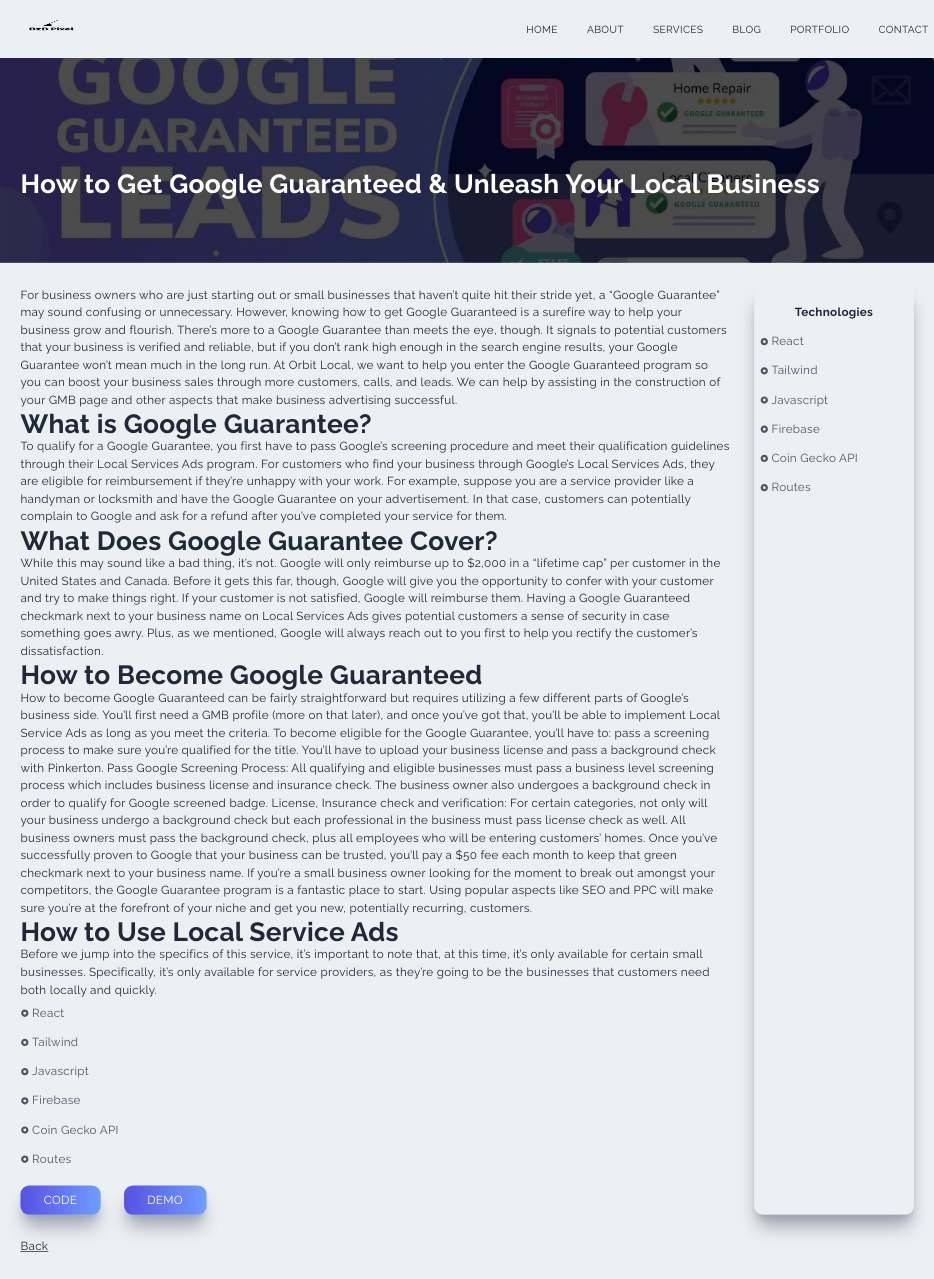
Repository: DID0101/nextjs.b2b
Page: /crypto
The author's editor kept a copy of each file at every save. The page is drawn from the files as they stood at one save, then again after the next save.
The browser window is 1280 px wide. The pictures show the whole page, at 73% of full size.
The project was rebuilt for these pictures with package versions that can differ from the ones it lists, and the page was loaded fresh each time. The framework's server and built-in components were replaced by stand-ins that run in the browser. Also part of the build but not shown: next.config.js.

Above is the page before, as saved 2024-01-22 02:58:56.

### pages/crypto.jsx
import Image from 'next/image';
import React from 'react';
import cryptoImg from '../public/assets/projects/crypto.jpg';
import { RiRadioButtonFill } from 'react-icons/ri';
import Link from 'next/link';

const crypto = () => {
  return (
    <div className='w-full'>
      <div className='w-screen h-[50vh] relative'>
        <div className='absolute top-0 left-0 w-full h-[50vh] bg-black/70 z-10' />
        <Image
          className='absolute z-1'
          layout='fill'
          objectFit='cover'
          src={cryptoImg}
          alt='/'
        />
        <div className='absolute top-[70%] max-w-[1240px] w-full left-[50%] right-[50%] translate-x-[-50%] translate-y-[-50%] text-white z-10 p-2'>
          <h2 className='py-2'>How to Get Google Guaranteed & Unleash Your Local Business</h2>
          {/* <h3>React JS / Tailwind / Firebase</h3> */}
        </div>
      </div>

      <div className='max-w-[1240px] mx-auto p-2 grid md:grid-cols-5 gap-8 py-8'>
        <div className='col-span-4'>
          {/* <p>Project</p> */}
          {/* <h2>Overview</h2> */}
          <p>
          For business owners who are just starting out or small businesses that haven’t quite hit their stride yet, a “Google Guarantee” may sound confusing or unnecessary. However, knowing how to get Google Guaranteed is a surefire way to help your business grow and flourish.

There’s more to a Google Guarantee than meets the eye, though. It signals to potential customers that your business is verified and reliable, but if you don’t rank high enough in the search engine results, your Google Guarantee won’t mean much in the long run.

At Orbit Local, we want to help you enter the Google Guaranteed program so you can boost your business sales through more customers, calls, and leads. We can help by assisting in the construction of your GMB page and other aspects that make business advertising successful.
          </p>
          <p></p>
          <h2>What is Google Guarantee?</h2>
          <p>To qualify for a Google Guarantee, you first have to pass Google’s screening procedure and meet their qualification guidelines through their Local Services Ads program. For customers who find your business through Google’s Local Services Ads, they are eligible for reimbursement if they’re unhappy with your work.

For example, suppose you are a service provider like a handyman or locksmith and have the Google Guarantee on your advertisement. In that case, customers can potentially complain to Google and ask for a refund after you’ve completed your service for them.</p>

              <h2>What Does Google Guarantee Cover?</h2>
              <p>While this may sound like a bad thing, it’s not. Google will only reimburse up to $2,000 in a “lifetime cap” per customer in the United States and Canada. Before it gets this far, though, Google will give you the opportunity to confer with your customer and try to make things right.

If your customer is not satisfied, Google will reimburse them.

Having a Google Guaranteed checkmark next to your business name on Local Services Ads gives potential customers a sense of security in case something goes awry. Plus, as we mentioned, Google will always reach out to you first to help you rectify the customer’s dissatisfaction.</p>
<h2>How to Become Google Guaranteed</h2>
<p>How to become Google Guaranteed can be fairly straightforward but requires utilizing a few different parts of Google’s business side. You’ll first need a GMB profile (more on that later), and once you’ve got that, you’ll be able to implement Local Service Ads as long as you meet the criteria.

To become eligible for the Google Guarantee, you’ll have to: pass a screening process to make sure you’re qualified for the title. You’ll have to upload your business license and pass a background check with Pinkerton.

Pass Google Screening Process: All qualifying and eligible businesses must pass a business level screening process which includes business license and insurance check. The business owner also undergoes a background check in order to qualify for Google screened badge.
License, Insurance check and verification: For certain categories, not only will your business undergo a background check but each professional in the business must pass license check as well.
All business owners must pass the background check, plus all employees who will be entering customers’ homes. Once you’ve successfully proven to Google that your business can be trusted, you’ll pay a $50 fee each month to keep that green checkmark next to your business name.

If you’re a small business owner looking for the moment to break out amongst your competitors, the Google Guarantee program is a fantastic place to start. Using popular aspects like SEO and PPC will make sure you’re at the forefront of your niche and get you new, potentially recurring, customers.</p>
<h2>How to Use Local Service Ads</h2>
<p>Before we jump into the specifics of this service, it’s important to note that, at this time, it’s only available for certain small businesses. Specifically, it’s only available for service providers, as they’re going to be the businesses that customers need both locally and quickly.</p>
<p className='text-gray-600 py-2 flex items-center'>
                <RiRadioButtonFill className='pr-1' /> React
              </p>
              <p className='text-gray-600 py-2 flex items-center'>
                <RiRadioButtonFill className='pr-1' /> Tailwind
              </p>
              <p className='text-gray-600 py-2 flex items-center'>
                <RiRadioButtonFill className='pr-1' /> Javascript
              </p>
              <p className='text-gray-600 py-2 flex items-center'>
                <RiRadioButtonFill className='pr-1' /> Firebase
              </p>
              <p className='text-gray-600 py-2 flex items-center'>
                <RiRadioButtonFill className='pr-1' /> Coin Gecko API
              </p>
              <p className='text-gray-600 py-2 flex items-center'>
                <RiRadioButtonFill className='pr-1' /> Routes
              </p>
          <a
            href='https://github.com/fireclint/crypto-react-firebase'
            target='_blank'
            rel='noreferrer'
          >
            <button className='px-8 py-2 mt-4 mr-8'>Code</button>
          </a>
          <a
            href='https://cryptobase-yt.web.app/'
            target='_blank'
            rel='noreferrer'
          >
            <button className='px-8 py-2 mt-4'>Demo</button>
          </a>

        </div>
        <div className='col-span-4 md:col-span-1 shadow-xl shadow-gray-400 rounded-xl py-4'>
          <div className='p-2'>
            <p className='text-center font-bold pb-2'>Technologies</p>
            <div className='grid grid-cols-3 md:grid-cols-1 '>
              <p className='text-gray-600 py-2 flex items-center'>
                <RiRadioButtonFill className='pr-1' /> React
              </p>
              <p className='text-gray-600 py-2 flex items-center'>
                <RiRadioButtonFill className='pr-1' /> Tailwind
              </p>
              <p className='text-gray-600 py-2 flex items-center'>
                <RiRadioButtonFill className='pr-1' /> Javascript
              </p>
              <p className='text-gray-600 py-2 flex items-center'>
                <RiRadioButtonFill className='pr-1' /> Firebase
              </p>
              <p className='text-gray-600 py-2 flex items-center'>
                <RiRadioButtonFill className='pr-1' /> Coin Gecko API
              </p>
              <p className='text-gray-600 py-2 flex items-center'>
                <RiRadioButtonFill className='pr-1' /> Routes
              </p>
            </div>
          </div>
        </div>
        <Link href='/#projects'>
          <p className='underline cursor-pointer'>Back</p>
        </Link>
      </div>
    </div>
  );
};

export default crypto;

### components/Navbar.jsx
import Image from 'next/image';
import Link from 'next/link';
import React, { useState, useEffect } from 'react';
import { AiOutlineClose, AiOutlineMail, AiOutlineMenu } from 'react-icons/ai';
import { FaGithub, FaLinkedinIn } from 'react-icons/fa';
import { BsFillPersonLinesFill } from 'react-icons/bs';
// import { useRouter } from 'next/router';
import NavLogo from '../public/assets/navLogo.png'

const Navbar = () => {
  const [nav, setNav] = useState(false);
  const [shadow, setShadow] = useState(false);
  const [navBg, setNavBg] = useState('#ecf0f3');
  const [linkColor, setLinkColor] = useState('#1f2937');
  // const [position, setPosition] = useState('fixed')
  // const router = useRouter();

  // useEffect(() => {
  //   if (
  //     router.asPath === '/property' ||
  //     router.asPath === '/crypto' ||
  //     router.asPath === '/netflix' ||
  //     router.asPath === '/twitch'
  //   ) {
  //     setNavBg('transparent');
  //     setLinkColor('#ecf0f3');
  //   } else {
  //     setNavBg('#ecf0f3');
  //     setLinkColor('#1f2937');
  //   }
  // }, [router]);

  const handleNav = () => {
    setNav(!nav);
  };

  useEffect(() => {
    const handleShadow = () => {
      if (window.scrollY >= 90) {
        setShadow(true);
      } else {
        setShadow(false);
      }
    };
    window.addEventListener('scroll', handleShadow);
  }, []);

  return (
    <div
      style={{ backgroundColor: `${navBg}` }}
      className={
        shadow
          ? 'fixed w-full h-20 shadow-xl z-[100] ease-in-out duration-300'
          : 'fixed w-full h-20 z-[100]'
      }
    >
      <div className='flex justify-between items-center w-full h-full px-2 2xl:px-16'>
        <Link href='/'>
          <a>
            <Image
              src={NavLogo}
              alt='/'
              width='125'
              height='50'
              className='cursor-pointer'
            />
          </a>
        </Link>
        <div>
          <ul style={{ color: `${linkColor}` }} className='hidden md:flex'>
            <li className='ml-10 text-sm uppercase hover:border-b'>
              <Link href='/'>Home</Link>
            </li>
            <li className='ml-10 text-sm uppercase hover:border-b'>
              <Link href='/#about'>About</Link>
            </li>
            <li className='ml-10 text-sm uppercase hover:border-b'>
              <Link href='/#skills'>Services</Link>
            </li>
            <li className='ml-10 text-sm uppercase hover:border-b'>
              <Link href='/#projects'>Blog</Link>
            </li>
            <li className='ml-10 text-sm uppercase hover:border-b'>
              <Link href='/resume'>Portfolio</Link>
            </li>
            <li className='ml-10 text-sm uppercase hover:border-b'>
              <Link href='/#contact'>Contact</Link>
            </li>
          </ul>
          {/* Hamburger Icon */}
          <div
            style={{ color: `${linkColor}` }}
            onClick={handleNav}
            className='md:hidden'
          >
            <AiOutlineMenu size={25} />
          </div>
        </div>
      </div>

      {/* Mobile Menu */}
      {/* Overlay */}
      <div
        className={
          nav ? 'md:hidden fixed left-0 top-0 w-full h-screen bg-black/70' : ''
        }
      >
        {/* Side Drawer Menu */}
        <div
          className={
            nav
              ? ' fixed left-0 top-0 w-[75%] sm:w-[60%] md:w-[45%] h-screen bg-[#ecf0f3] p-10 ease-in duration-500'
              : 'fixed left-[-100%] top-0 p-10 ease-in duration-500'
          }
        >
          <div>
            <div className='flex w-full items-center justify-between'>
              <Link href='/'>
                <a>
                  <Image
                    src={NavLogo}
                    width='87'
                    height='35'
                    alt='/'
                  />
                </a>
              </Link>
              <div
                onClick={handleNav}
                className='rounded-full shadow-lg shadow-gray-400 p-3 cursor-pointer'
              >
                <AiOutlineClose />
              </div>
            </div>
            <div className='border-b border-gray-300 my-4'>
              <p className='w-[85%] md:w-[90%] py-4'>
                Let&#39;s build something legendary together
              </p>
            </div>
          </div>
          <div className='py-4 flex flex-col'>
            <ul className='uppercase'>
              <Link href='/'>
                <li onClick={() => setNav(false)} className='py-4 text-sm'>
                  Home
                </li>
              </Link>
              <Link href='/#about'>
                <li onClick={() => setNav(false)} className='py-4 text-sm'>
                  About
                </li>
              </Link>
              <Link href='/#skills'>
                <li onClick={() => setNav(false)} className='py-4 text-sm'>
                  Skills
                </li>
              </Link>
              <Link href='/#projects'>
                <li onClick={() => setNav(false)} className='py-4 text-sm'>
                  Projects
                </li>
              </Link>
              <Link href='/resume'>
                <li onClick={() => setNav(false)} className='py-4 text-sm'>
                  Resume
                </li>
              </Link>
              <Link href='/#contact'>
                <li onClick={() => setNav(false)} className='py-4 text-sm text-[#ac4d5a]'>
                  Save My Spot
                </li>
              </Link>
            </ul>
            <div className='pt-40'>
              <p className='uppercase tracking-widest text-[#5651e5]'>
                Let&#39;s Connect
              </p>
              <div className='flex items-center justify-between my-4 w-full sm:w-[80%]'>
                <a
                  href='https://www.linkedin.com/in/clint-briley-50056920a/'
                  target='_blank'
                  rel='noreferrer'
                >
                  <div className='rounded-full shadow-lg shadow-gray-400 p-3 cursor-pointer hover:scale-105 ease-in duration-300'>
                    <FaLinkedinIn />
                  </div>
                </a>
                <a
                  href='https://github.com/fireclint'
                  target='_blank'
                  rel='noreferrer'
                >
                  <div className='rounded-full shadow-lg shadow-gray-400 p-3 cursor-pointer hover:scale-105 ease-in duration-300'>
                    <FaGithub />
                  </div>
                </a>
                <Link href='/#contact'>
                  <div
                    onClick={() => setNav(!nav)}
                    className='rounded-full shadow-lg shadow-gray-400 p-3 cursor-pointer hover:scale-105 ease-in duration-300'
                  >
                    <AiOutlineMail />
                  </div>
                </Link>
                <Link href='/resume'>
                  <div
                    onClick={() => setNav(!nav)}
                    className='rounded-full shadow-lg shadow-gray-400 p-3 cursor-pointer hover:scale-105 ease-in duration-300'
                  >
                    <BsFillPersonLinesFill />
                  </div>
                </Link>
              </div>
            </div>
          </div>
        </div>
      </div>
    </div>
  );
};

export default Navbar;

Loaded but not shown: pages/_app.js (common file); pages/_document.js (common file); styles/globals.css (common file); tailwind.config.js (common file)

After the next save:
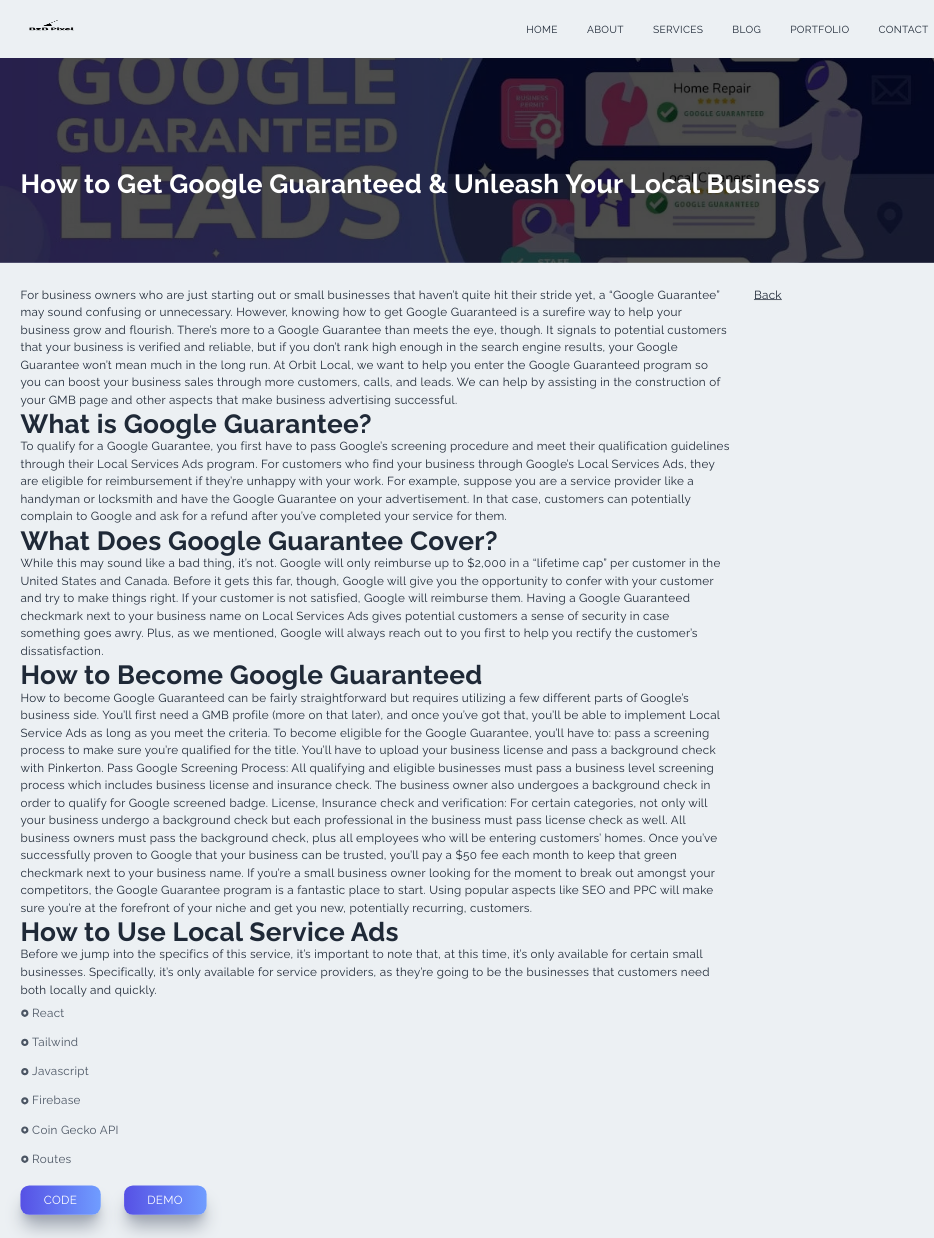
Saved 35 s later.
--- a/pages/crypto.jsx
+++ b/pages/crypto.jsx
@@ -91,7 +91,7 @@
           </a>
 
         </div>
-        <div className='col-span-4 md:col-span-1 shadow-xl shadow-gray-400 rounded-xl py-4'>
+        {/* <div className='col-span-4 md:col-span-1 shadow-xl shadow-gray-400 rounded-xl py-4'>
           <div className='p-2'>
             <p className='text-center font-bold pb-2'>Technologies</p>
             <div className='grid grid-cols-3 md:grid-cols-1 '>
@@ -115,7 +115,7 @@
               </p>
             </div>
           </div>
-        </div>
+        </div> */}
         <Link href='/#projects'>
           <p className='underline cursor-pointer'>Back</p>
         </Link>
